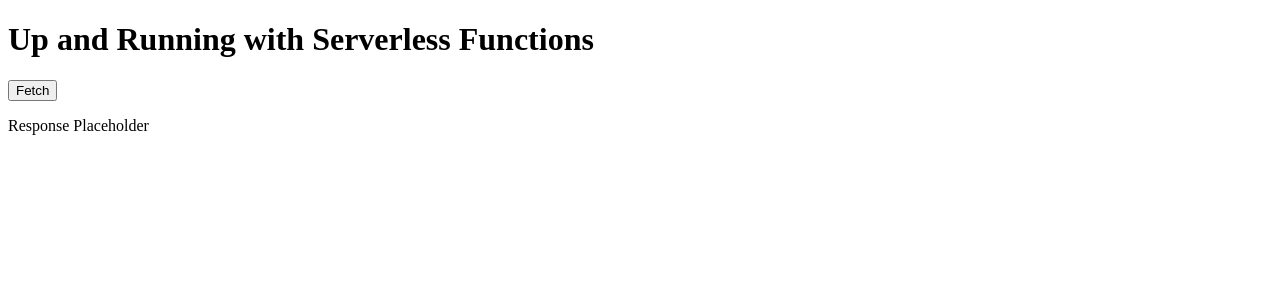
Repository: witcradg/netlify-serverless-tutorial
Page: public/index.html
An editor plug-in stored every save of this project. The page is shown before and after the next save, followed by the edit.
The browser window is 1280 px wide. The pictures show the whole page.

Above is the page before, as saved 2023-03-27 12:37:49.

After the next save:
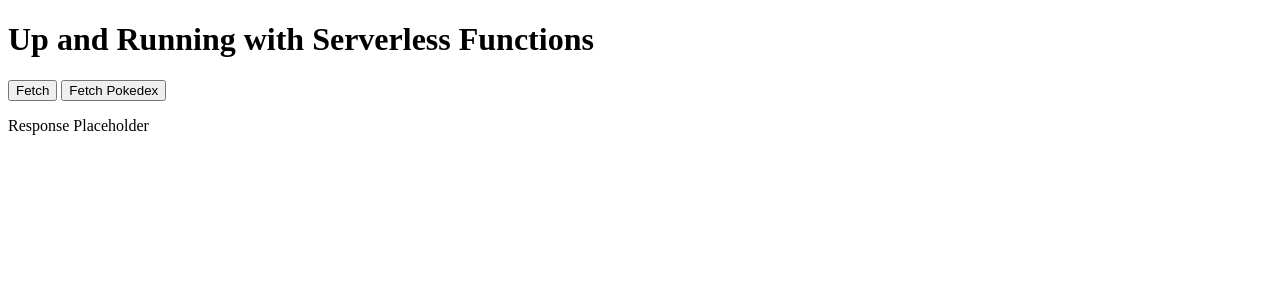
Console error: TypeError: Cannot read properties of null (reading 'addEventListener')
Saved 8 min 37 s later.
--- a/public/index.html
+++ b/public/index.html
@@ -11,12 +11,19 @@
 <body>
     <h1>Up and Running with Serverless Functions</h1>
     <button id="fetch-btn">Fetch</button>
+    <button id="fetch-pokedex-btn">Fetch Pokedex</button>
     <p id="response-output">Response Placeholder</p>
 
     <script>
         document.addEventListener('DOMContentLoaded', () => {
             const fetchBtn = document.getElementById('fetch-btn')
+            const fetchPokedexBtn = document.getElementById('fetch-bokedex-btn')
             const responseText = document.getElementById('response-output')
+
+            fetchPokedexBtn.addEventListener('click', async () =>{
+                const response = await fetch('/.netlify/functions/pokedex').then (response => respose.json())
+                responseText.innerText = JSON.stringify(response)
+            })
 
             fetchBtn.addEventListener('click', async () => {
                 const response = await fetch('/.netlify/functions/hello-world').then(response => response.json())
